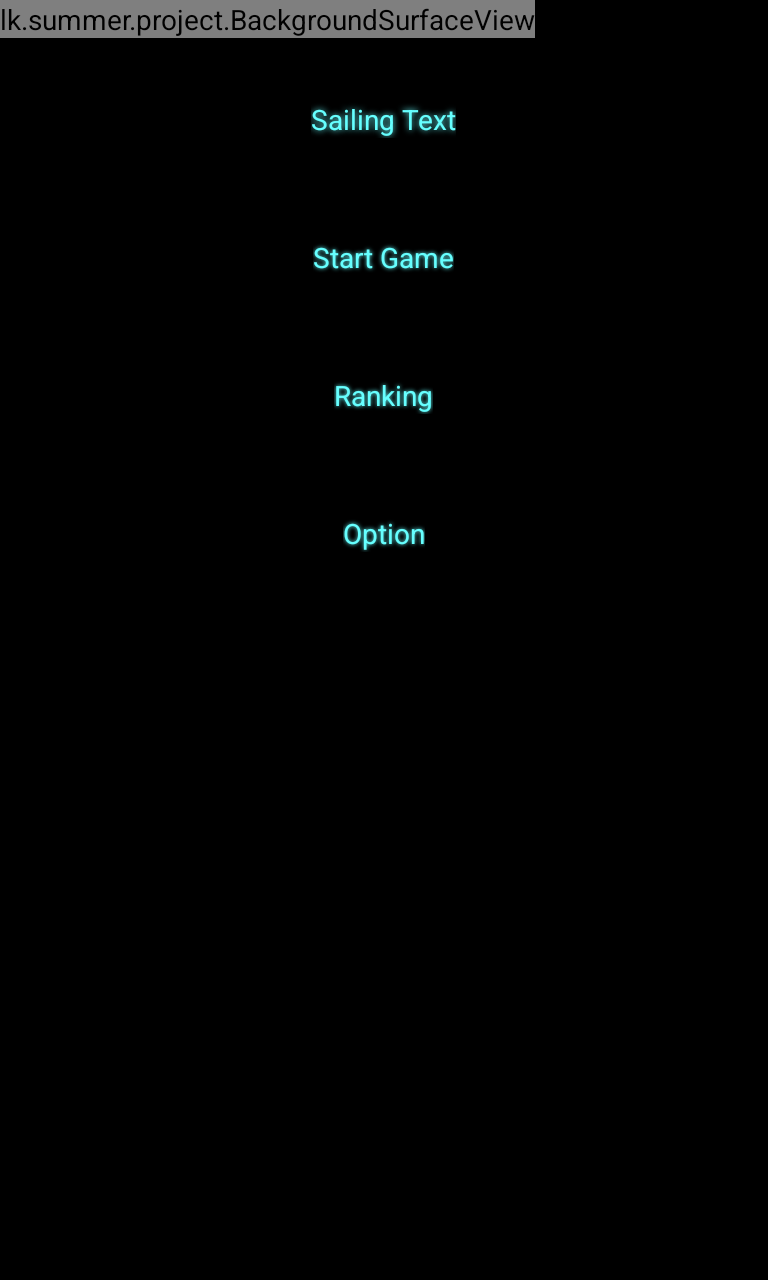
Repository: zwycid/dimension-drive-downside
Layout: lk/gameUIDesign/res/layout/activity_main.xml
An editor plug-in stored every save of this project. The layout is shown before and after the next save, followed by the edit.
Pictures or frames that could not be fetched are drawn as grey boxes. It is drawn on a 768 x 1280 px phone screen (xhdpi) without system bars, with theme AppTheme; the app's code is not run. Lists and similar views that code fills are empty.

Above is the layout before, as saved 2012-07-11 04:52:54.

After the next save:
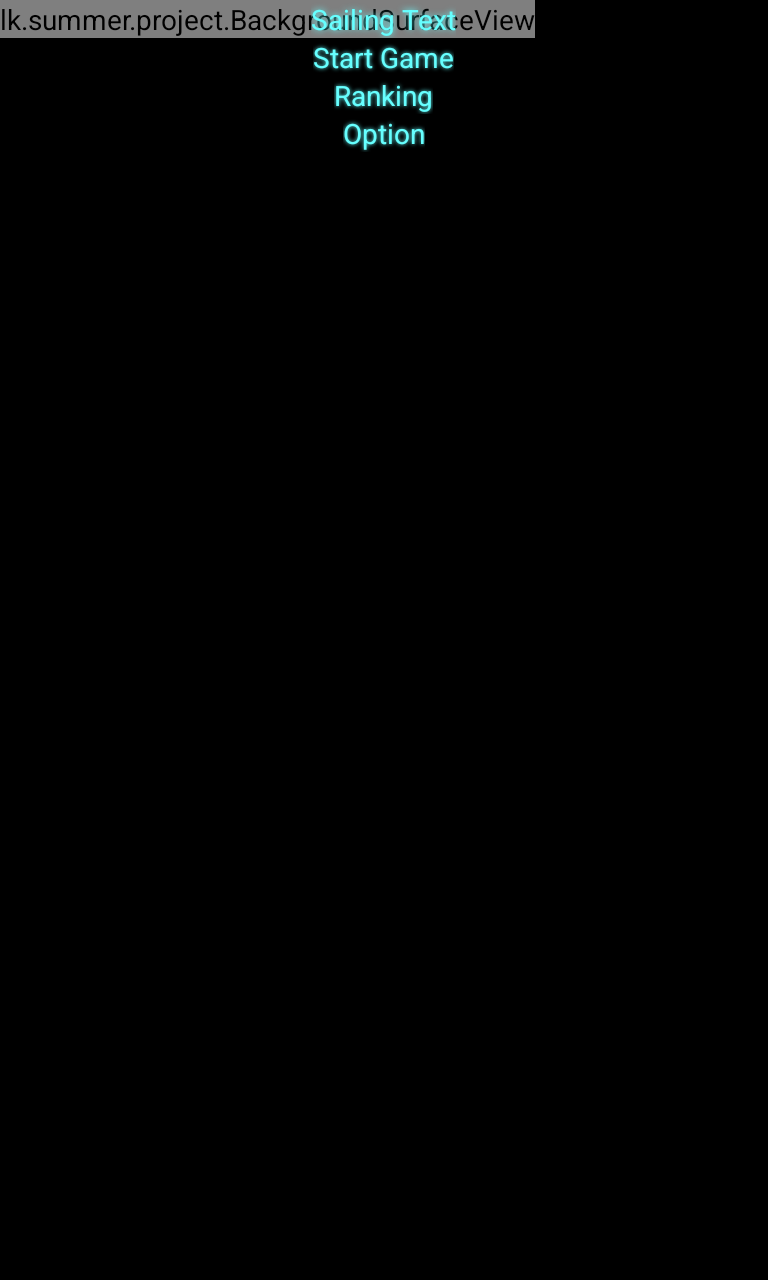
Saved 80 min 28 s later.
--- a/lk/gameUIDesign/res/values/styles.xml
+++ b/lk/gameUIDesign/res/values/styles.xml
@@ -37,7 +37,6 @@
     <style name="blankView">
         <item name="android:id">@+id/view2"</item>
         <item name="android:layout_width">wrap_content</item>
-        <item name="android:layout_height">50dp</item>
         <item name="android:visibility">invisible</item>
     </style>
 
